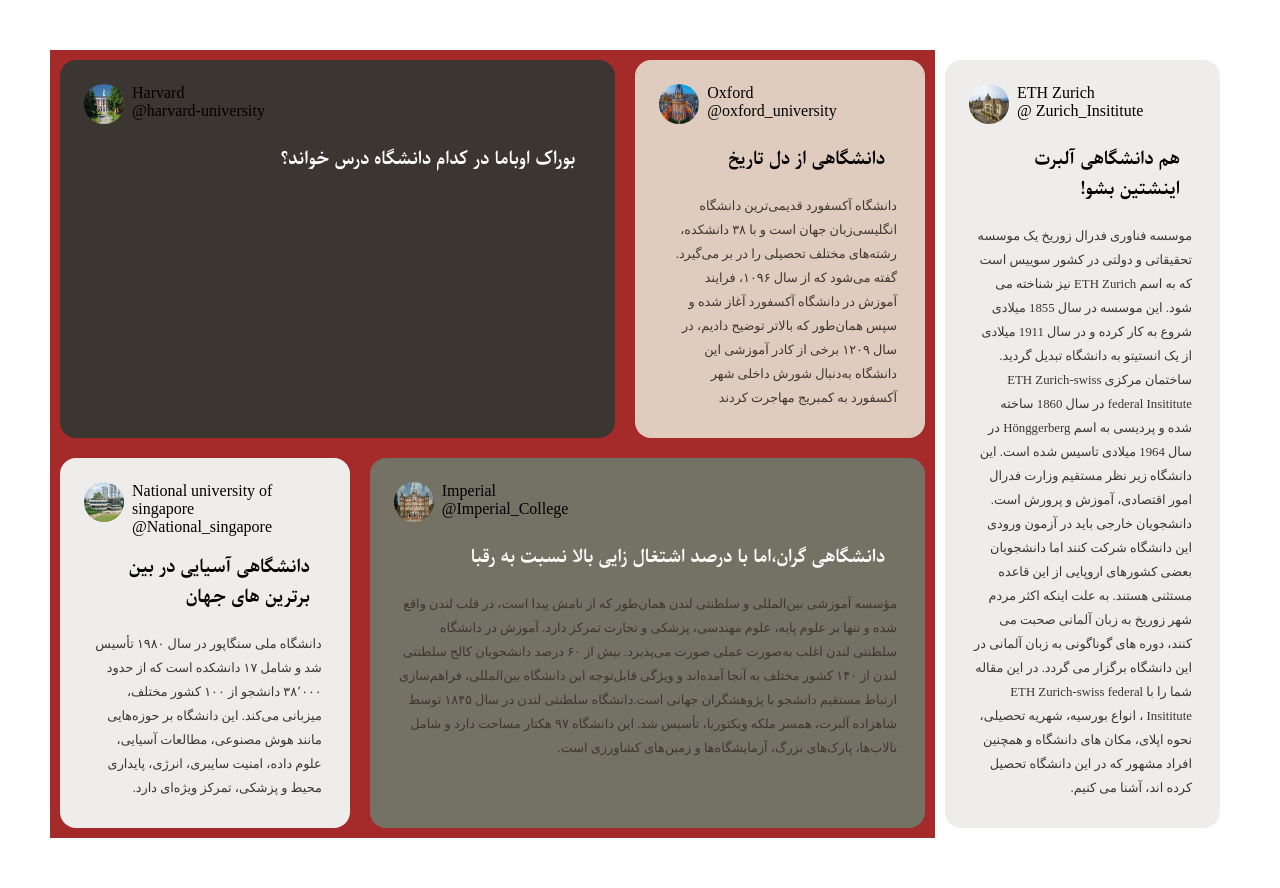
Repository: rahanwz/cards
Page: cards.html
An editor plug-in stored every save of this project. The page is shown before and after the next save, followed by the edit.
The browser window is 1280 px wide. The pictures show the whole page.

Above is the page before, as saved 2024-02-17 15:57:58.

### cards.html
<!DOCTYPE html>
<html lang="en">
  <head>
    <meta charset="UTF-8" />
    <meta name="viewport" content="width=device-width, initial-scale=1.0" />
    <title>Document</title>
    <link rel="stylesheet" href="cards.css" />
  </head>
  <body>
    <div class="container">
      <div class="boxcard1">
        <div class="cardcontainer big-card">
          <div class="card1">
            <div class="head">
              <div class="profile">
                <div class="profilecontaner">
                  <img
                    src="harvard-university-6591e0b9df73096be8d614ee.webp"
                    alt=""
                  />
                </div>
              </div>

              <div>
                <div class="user">Harvard</div>
                <div class="id">@harvard-university</div>
              </div>
            </div>
            <div class="descrip1" style="color: #ffffff;">بوراک اوباما در کدام دانشگاه درس خواند؟</div>
            <div class="descrip2">
              دانشگاه هاروارد در شهر کمبریج، ماساچوست واقع شده است. این دانشگاه
              در سال ۱۶۳۶ تأسیس شد و قدیمی‌ترین مؤسسه‌ی عالی ایالات متحده محسوب
              می‌شود احتمالاً هرگاه نام دانشگاه هاروارد را می‌شنوید تصویر
              مجسمه‌ی معروف جان هاوارد، مؤسس این دانشگاه نیز در ذهنتان نقش
              می‌بندد؛ زیرا بسیاری از دانشجویان این دانشگاه کنار مجسمه‌ی برنز او
              عکس‌های زیادی ثبت کرده‌اند و طبق باوری قدیمی، این مجسمه می‌تواند
              باعث خوش‌شانسی شود.دانشگاه هاروارد محل تحصیل نخبگان و افراد موفق
              زیادی بوده است؛ مثلاً ۶۲ میلیاردر، هشت‌ رئیس‌جمهور ایالات متحده
              (ازجمله باراک اوباما و جان اف کندی) و بسیاری از برندگان نوبل و
              اسکار و المپیک تحصیلات دانشگاهی‌شان را در این دانشگاه سپری
              کرده‌اند.
            </div>
          </div>
        </div>

        <div class="cardcontainer small-card">
          <div class="card2">
            <div class="head">
              <div class="profile">
                <div class="profilecontaner">
                  <img
                    src="oxford-university-jpg-6591b422df73096be8d6145c.webp"
                    alt=""
                  />
                </div>
              </div>
              <div>
                <div class="user">Oxford</div>
                <div class="id">@oxford_university</div>
              </div>
            </div>
            <div class="descrip1">دانشگاهی از دل تاریخ</div>
            <div class="descrip2">
              دانشگاه آکسفورد قدیمی‌ترین دانشگاه انگلیسی‌زبان جهان است و با ۳۸
              دانشکده، رشته‌های مختلف تحصیلی را در بر می‌گیرد. گفته می‌شود که از
              سال ۱۰۹۶، فرایند آموزش در دانشگاه آکسفورد آغاز شده و سپس همان‌طور
              که بالاتر توضیح دادیم، در سال ۱۲۰۹ برخی از کادر آموزشی این دانشگاه
              به‌دنبال شورش داخلی شهر آکسفورد به کمبریج مهاجرت کردند
            </div>
          </div>
        </div>

        <div class="cardcontainer small-card">
          <div class="card3">
            <div class="head">
              <div class="profile">
                <div class="profilecontaner">
                  <img src="nus-6591f1acdf73096be8d61515.webp" alt="" />
                </div>
              </div>

              <div>
                <div class="user">National university of singapore</div>
                <div class="id">@National_singapore</div>
              </div>
            </div>
            <div class="descrip1">دانشگاهی آسیایی در بین برترین های جهان</div>
            <div class="descrip2">
              دانشگاه ملی سنگاپور در سال ۱۹۸۰ تأسیس شد و شامل ۱۷ دانشکده‌ است که
              از حدود ۳۸٬۰۰۰ دانشجو از ۱۰۰ کشور مختلف، میزبانی می‌کند. این
              دانشگاه بر حوزه‌هایی مانند هوش مصنوعی، مطالعات آسیایی، علوم داده،
              امنیت سایبری، انرژی، پایداری محیط و پزشکی، تمرکز ویژه‌ای دارد.
            </div>
          </div>
        </div>
        <div class="cardcontainer big-card">
          <div class="card4">
            <div class="head">
              <div class="profile">
                <div class="profilecontaner">
                  <img
                    src="imperial-college-london-6591e911df73096be8d614fb.webp"
                    alt=""
                  />
                </div>
              </div>

              <div>
                <div class="user">Imperial</div>
                <div class="id">@Imperial_College</div>
              </div>
            </div>
            <div class="descrip1" style="color: #ffffff;">
              دانشگاهی گران،اما با درصد اشتغال زایی بالا نسبت به رقبا
            </div>
            <div class="descrip2">
              مؤسسه آموزشی بین‌المللی و سلطنتی لندن همان‌طور که از نامش پیدا
              است، در قلب لندن واقع شده و تنها بر علوم پایه، علوم مهندسی، پزشکی
              و تجارت تمرکز دارد. آموزش در دانشگاه سلطنتی لندن اغلب به‌صورت عملی
              صورت می‌پذیرد. بیش از ۶۰ درصد دانشجویان کالج سلطنتی لندن از ۱۴۰
              کشور مختلف به آنجا آمده‌اند و ویژگی قابل‌توجه این دانشگاه
              بین‌المللی، فراهم‌سازی ارتباط مستقیم دانشجو با پژوهشگران جهانی
              است.دانشگاه سلطنتی لندن در سال ۱۸۴۵ توسط شاهزاده آلبرت، همسر ملکه
              ویکتوریا، تأسیس شد. این دانشگاه ۹۷ هکتار مساحت دارد و شامل
              تالاب‌ها، پارک‌های بزرگ، آزمایشگاه‌ها و زمین‌های کشاورزی است.
            </div>
          </div>
        </div>
      </div>
      <div class="boxcard2">
        <div class="cardcontainer">
          <div class="card5">
            <div class="head">
              <div class="profile">
                <div class="profilecontaner">
                  <img src="zurich-eth-6591f083df73096be8d6150c.webp" alt="" />
                </div>
              </div>

              <div>
                <div class="user">ETH Zurich</div>
                <div class="id">@ Zurich_Insititute</div>
              </div>
            </div>
            <div class="descrip1" ">هم دانشگاهی آلبرت اینشتین بشو!</div>
            <div class="descrip2">
              موسسه فناوری فدرال زوریخ یک موسسه تحقیقاتی و دولتی در کشور سوییس
              است که به اسم ETH Zurich نیز شناخته می شود. این موسسه در سال 1855
              میلادی شروع به کار کرده و در سال 1911 میلادی از یک انستیتو به
              دانشگاه تبدیل گردید. ساختمان مرکزی ETH Zurich-swiss federal
              Insititute در سال 1860 ساخته شده و پردیسی به اسم Hönggerberg در
              سال 1964 میلادی تاسیس شده است. این دانشگاه زیر نظر مستقیم وزارت
              فدرال امور اقتصادی، آموزش و پرورش است. دانشجویان خارجی باید در
              آزمون ورودی این دانشگاه شرکت کنند اما دانشجویان بعضی کشورهای
              اروپایی از این قاعده مستثنی هستند. به علت اینکه اکثر مردم شهر
              زوریخ به زبان آلمانی صحبت می کنند، دوره های گوناگونی به زبان
              آلمانی در این دانشگاه برگزار می گردد. در این مقاله شما را با ETH
              Zurich-swiss federal Insititute ، انواع بورسیه، شهریه تحصیلی، نحوه
              اپلای، مکان های دانشگاه و همچنین افراد مشهور که در این دانشگاه
              تحصیل کرده اند، آشنا می کنیم.
            </div>
          </div>
        </div>
      </div>
    </div>
  </body>
</html>

### cards.css
* {
  padding: 0;
  margin: 0;
  box-sizing: border-box;
}

.container {
  display: flex;
  flex-direction: column;
  width: 100%;
  height: auto;
  padding: 3rem 2.5rem;
}

.head {
  display: flex;
}

.cardcontainer {
  width: 100%;
  padding: 10px;
}

.card1 {
  background-color: #3c3633;
  padding: 1.5rem;
  border-radius: 1rem;
}
.profile img {
  width: 40px;
  height: 40px;
  margin-right: 0.5rem;
  border-radius: 50%;
}

.descrip {
  padding-top: 1.5rem;
}

.card2 {
  background-color: #e0ccbe;
  padding: 1.5rem;
  border-radius: 1rem;
}
.card3 {
  background-color: #eeedeb;
  padding: 1.5rem;
  border-radius: 1rem;
}
.card4 {
  padding: 1.5rem;
  border-radius: 1rem;
  background-color: #747264;
}

.card5 {
  background-color: #eeedeb;
  padding: 1.5rem;
  border-radius: 1rem;
}

@media (min-width: 1024px) {
  .container {
    flex-direction: row;
    padding: 50px;
    height: 100%;
  }

  .boxcard1 {
    display: flex;
    width: 75%;
    height:20%;
    flex-wrap: wrap;
    background-color: brown;
  }

  .boxcard2 {
    width: 25%;
      height: 65%;
  }

  .big-card {
    width: 65%;
  }
  .small-card {
    width: 35%;
  }
  .card1,.card2,.card3,.card4,.card5{
    height: 100%;
  }

}
.descrip1,
.descrip2 {
  direction: rtl;
}

.descrip1{
 font-size:1.1rem;
 padding: 1rem;
 font-family: titr;
}

.descrip2{
  padding: .25rem;
  font-size:.80rem;
  line-height:1.5rem;
  color: #3c3633;
}


@font-face{
  font-family:titr;
  src: url(font/Parastoo-Bold-FD-WOL.woff);
}

After the next save:
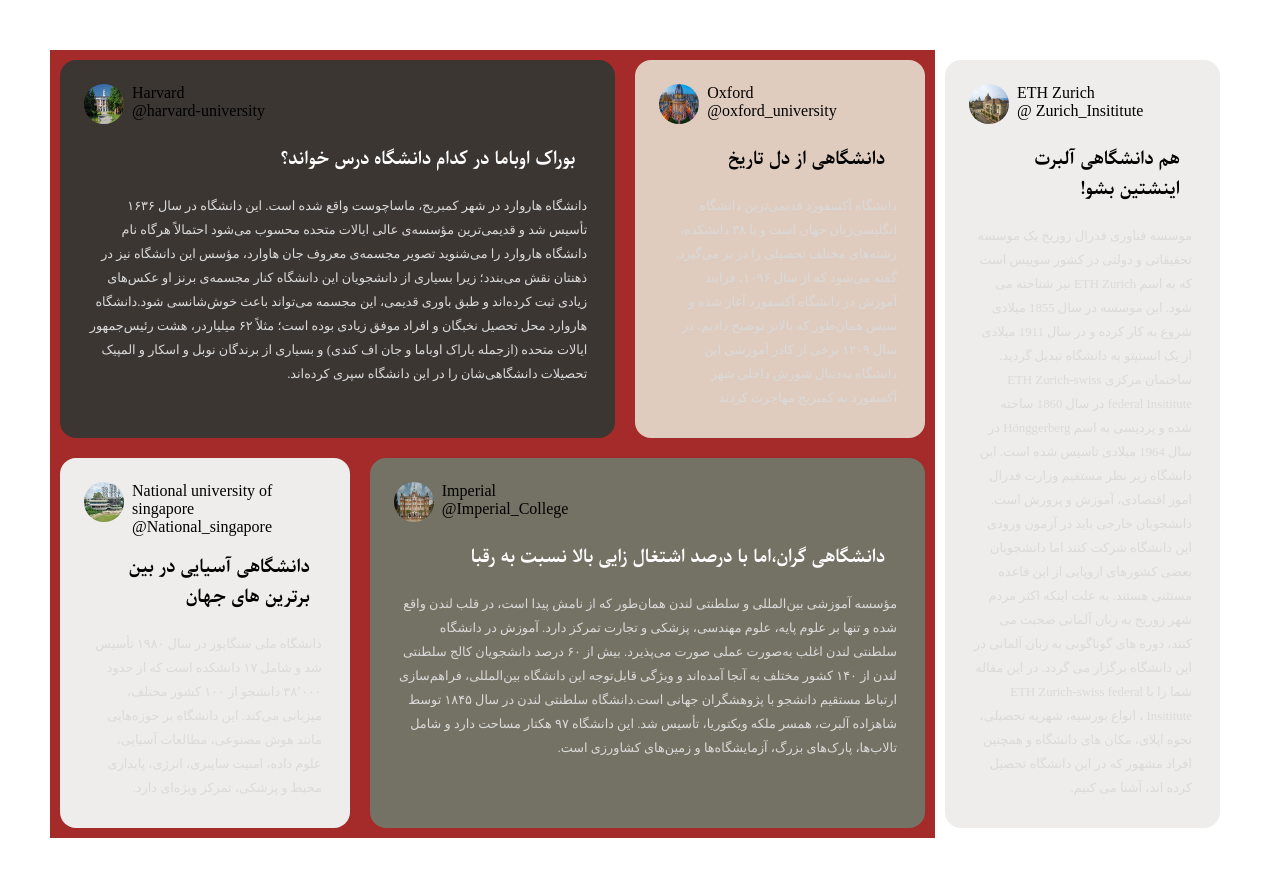
Saved 55 s later.
--- a/cards.css
+++ b/cards.css
@@ -105,7 +105,7 @@
   padding: .25rem;
   font-size:.80rem;
   line-height:1.5rem;
-  color: #3c3633;
+  color: #dadada;
 }
 
 
